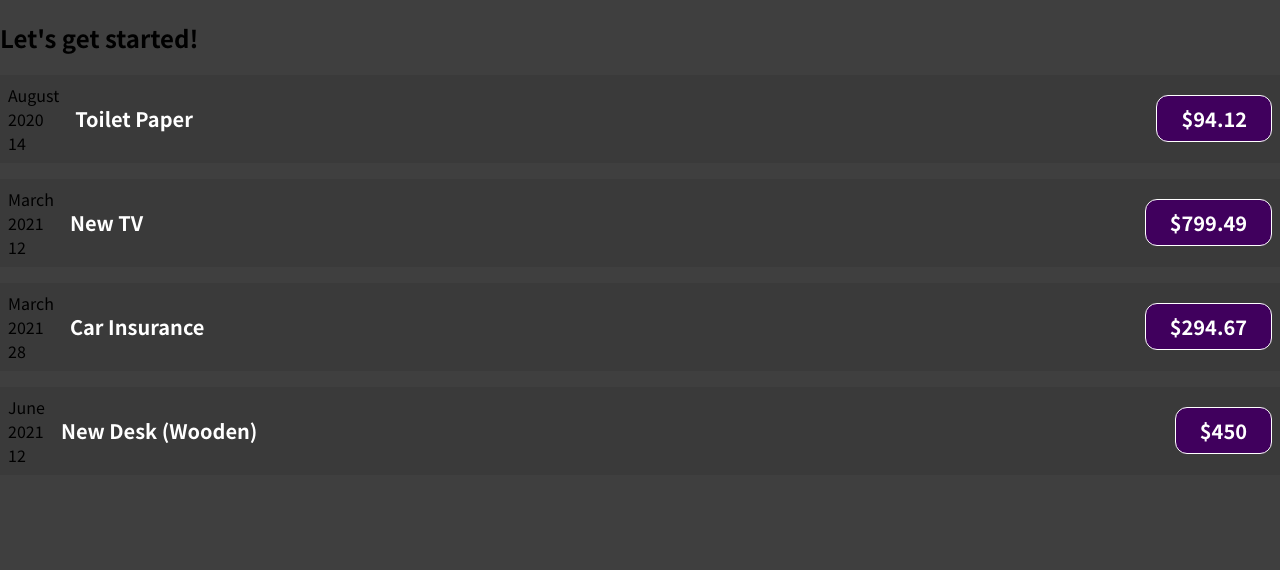
Repository: pial0007l/React
Page: / (app in 01-starting-setup/)
An editor plug-in stored every save of this project. The page is shown before and after the next save, followed by the edit.
The browser window is 1280 px wide. The pictures show the whole page.
The project was rebuilt for these pictures with package versions that can differ from the ones it lists, and the page was loaded fresh each time.

Above is the page before, as saved 2021-07-03 14:24:19.

### 01-starting-setup/src/App.js
import ExpenseItem from './components/ExpenseItem'

function App() {
  const expenses = [
    {
      id: 'e1',
      title: 'Toilet Paper',
      amount: 94.12,
      date: new Date(2020, 7, 14),
    },
    { id: 'e2', title: 'New TV', amount: 799.49, date: new Date(2021, 2, 12) },
    {
      id: 'e3',
      title: 'Car Insurance',
      amount: 294.67,
      date: new Date(2021, 2, 28),
    },
    {
      id: 'e4',
      title: 'New Desk (Wooden)',
      amount: 450,
      date: new Date(2021, 5, 12),
    },
  ];
  return (
    <div>
      <h2>Let's get started!</h2>

      <ExpenseItem
        title = {expenses[0].title}
        date = {expenses[0].date}
        amount = {expenses[0].amount}
      />
       <ExpenseItem
        title = {expenses[1].title}
        date = {expenses[1].date}
        amount = {expenses[1].amount}
      />
       <ExpenseItem
        title = {expenses[2].title}
        date = {expenses[2].date}
        amount = {expenses[2].amount}
      />
       <ExpenseItem
        title = {expenses[3].title}
        date = {expenses[3].date}
        amount = {expenses[3].amount}
      />

    </div>
  );
}

export default App;

### 01-starting-setup/src/components/ExpenseItem.js
import './ExpenseItem.css'
import ExpenseDate from './ExpenseDate'

function ExpenseItem(props){

    return (
        <div className="expense-item">
             <ExpenseDate date = {props.date}/>
             <div className='expense-item__description'>
                 <h2>{props.title}</h2>
                 <div className='expense-item__price'>${props.amount}</div>
             </div>
        </div>

    );
}

export default ExpenseItem;

### 01-starting-setup/src/components/Expenses/ExpenseItem.css
.expense-item {
    display: flex;
    justify-content: space-between;
    align-items: center;
    background-color: #3a3a3a;
    padding: 0.5rem;
    margin: 1rem 0;
  }

  .expense-item__description {
    display: flex;
    flex-direction: column;
    gap: 1rem;
    align-items: flex-end;
    flex-flow: column-reverse;
    justify-content: flex-start;
    flex: 1;
  }

  .expense-item h2 {
    color: #3a3a3a;
    font-size: 1rem;
    flex: 1;
    margin: 0 1rem;
    color: white;
  }

  .expense-item__price {
    font-size: 1rem;
    font-weight: bold;
    color: white;
    background-color: #40005d;
    border: 1px solid white;
    padding: 0.5rem;
    border-radius: 12px;
  }

  @media (min-width: 580px) {
    .expense-item__description {
      flex-direction: row;
      align-items: center;
      justify-content: flex-start;
      flex: 1;
    }

    .expense-item__description h2 {
      font-size: 1.25rem;
    }

    .expense-item__price {
      font-size: 1.25rem;
      padding: 0.5rem 1.5rem;
    }
  }

### 01-starting-setup/src/components/ExpenseDate.js


function ExpenseDate(props){
    const month = props.date.toLocaleString('en-US',{month: 'long'});
    const day  = props.date.toLocaleString('en-US',{day: '2-digit'});
    const year = props.date.getFullYear();

    return(
            <div className= "expense-date">
                 <div className="expense-date__month">{month}</div>
                 <div>{year}</div>
                 <div>{day}</div>
             </div>
    )
}

export default ExpenseDate;

Loaded but not shown: 01-starting-setup/public/index.html (common file); 01-starting-setup/src/index.js (common file); 01-starting-setup/src/index.css (common file); 01-starting-setup/src/components/ExpenseDate.css (common file)

After the next save:
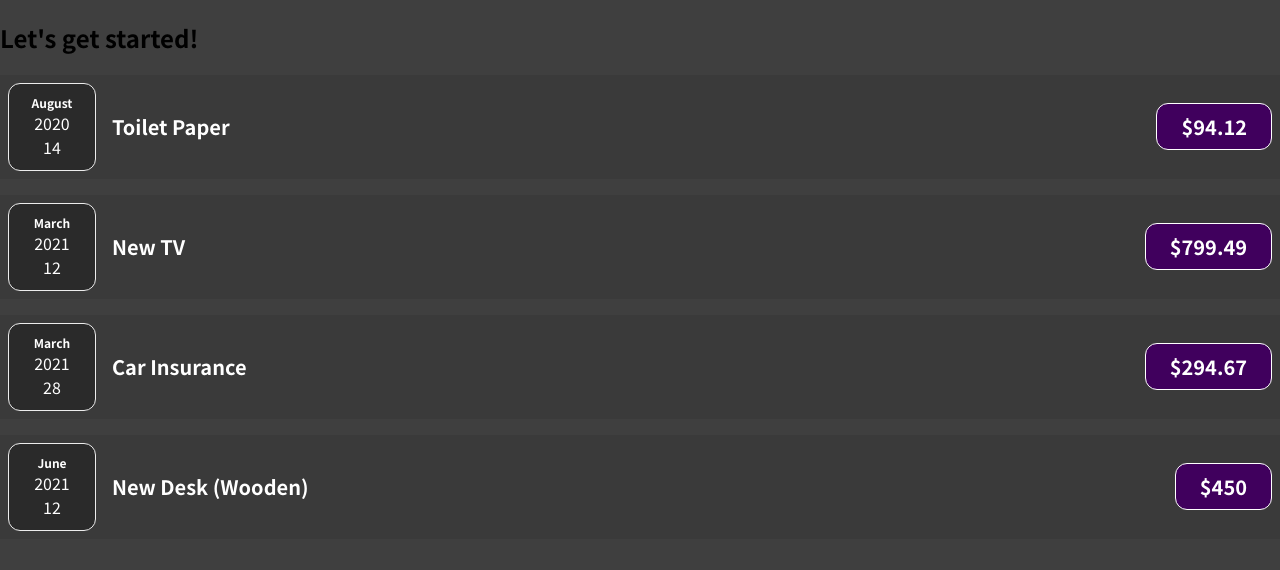
Saved 27 s later.
--- a/01-starting-setup/src/components/ExpenseDate.js
+++ b/01-starting-setup/src/components/ExpenseDate.js
@@ -1,4 +1,4 @@
-
+import './ExpenseDate.css'
 
 function ExpenseDate(props){
     const month = props.date.toLocaleString('en-US',{month: 'long'});
